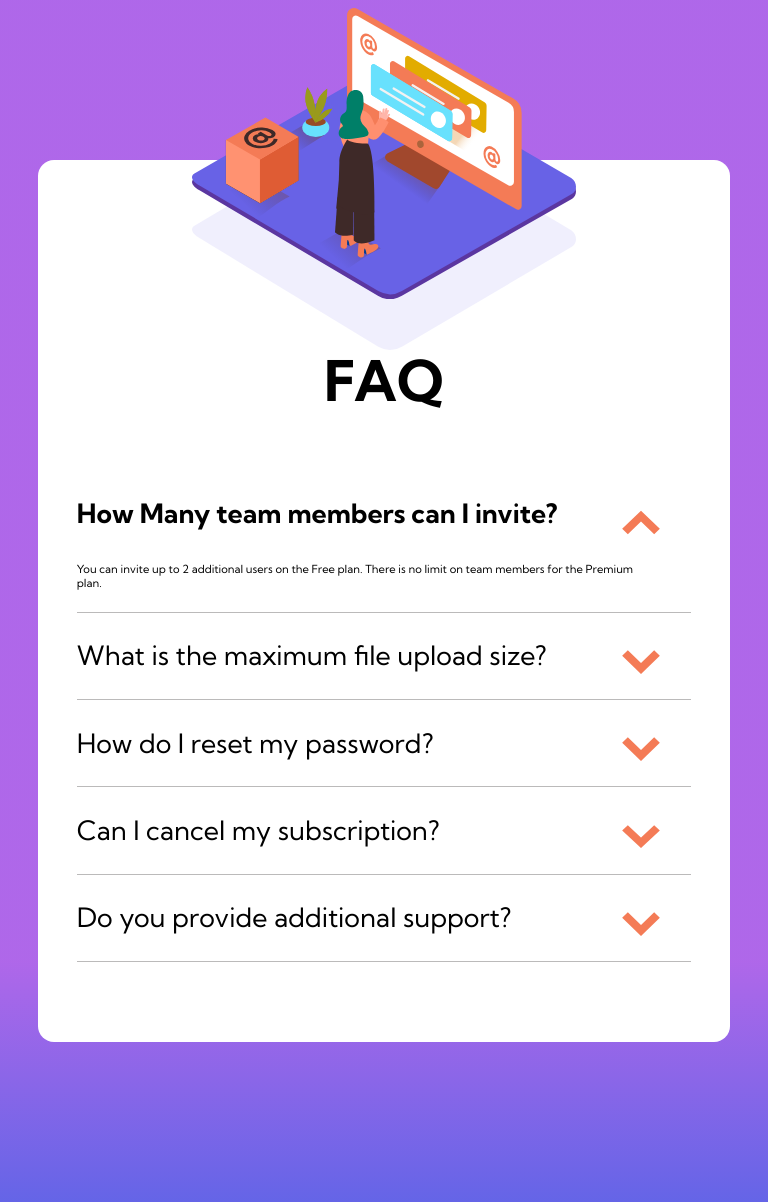
Repository: ryanwilll/ProjetoFAQ
Page: index.html
An editor plug-in stored every save of this project. The page is shown before and after the next save, followed by the edit.
The browser window is 768 px wide. The pictures show the whole page.
After loading, the first visible `div.text` was clicked once.

Above is the page before, as saved 2022-10-26 19:52:59.

After the next save:
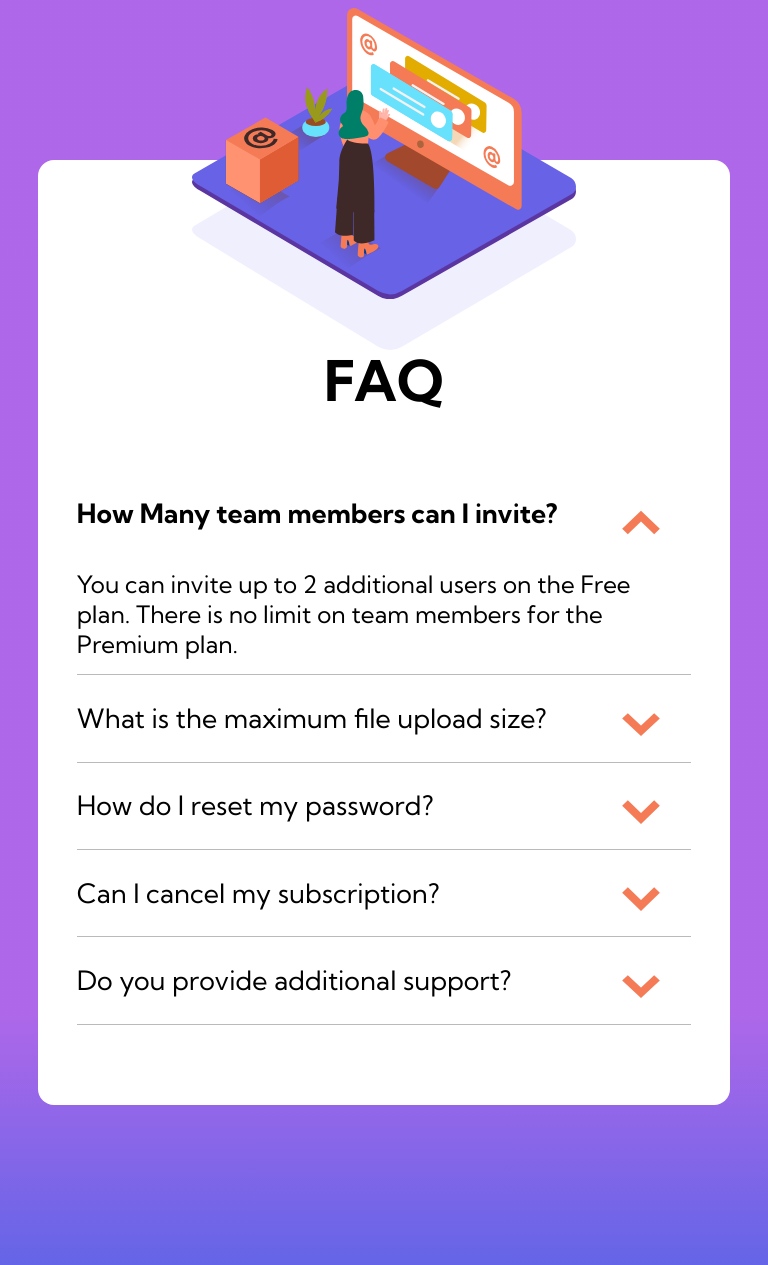
Saved 5 s later.
--- a/css/allmedia.css
+++ b/css/allmedia.css
@@ -32,7 +32,8 @@
     font-size: 2em;
   }
   .card-white .faq-menu .text.active .answer {
-
+    font-size: 1.5em;
+  }
 }
 
 @media screen and (min-width: 769px) and (max-width: 992px) {
